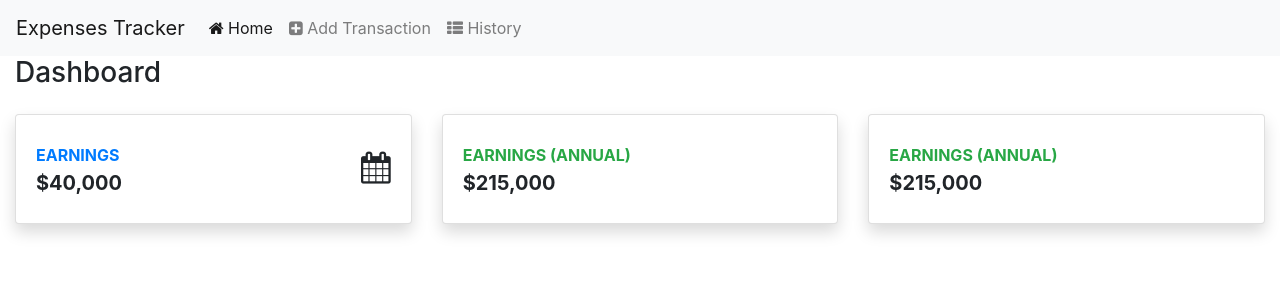
Repository: yucheng91/CI3-expenses-manager
Page: http://localhost/home
The author's editor kept a record of every edit. The page is drawn from the files as they stood at one moment, then again after the next edit.
The browser window is 1280 px wide. The pictures show the whole page.
The page is served by the project's application, run on Flask 3 (app.py). The database holds what the project's SQL file puts in it.

Above is the page before.

### templates/index.html
<!doctype html>
<html lang="en">

<head>
    <!-- Required meta tags -->
    <meta charset="utf-8">
    <meta name="viewport" content="width=device-width, initial-scale=1, shrink-to-fit=no">

    <!-- Bootstrap CSS -->
    <link rel="stylesheet" href="https://cdnjs.cloudflare.com/ajax/libs/font-awesome/4.7.0/css/font-awesome.css">
    <link rel="stylesheet" href="https://stackpath.bootstrapcdn.com/bootstrap/4.3.1/css/bootstrap.min.css" integrity="sha384-ggOyR0iXCbMQv3Xipma34MD+dH/1fQ784/j6cY/iJTQUOhcWr7x9JvoRxT2MZw1T" crossorigin="anonymous">
    <link rel="stylesheet" href="{{ url_for('static', filename='css/style.css') }}">

    <title>Hello, world!</title>
</head>

<body>
    <!--nav bar-->
    <nav class="navbar navbar-expand-sm navbar-light bg-light fixed-top">
  <a class="navbar-brand" href="#">Expenses Tracker</a>
  <button class="navbar-toggler" type="button" data-toggle="collapse" data-target="#navbarNav" aria-controls="navbarNav" aria-expanded="false" aria-label="Toggle navigation">
    <span class="navbar-toggler-icon"></span>
  </button>
  <div class="collapse navbar-collapse" id="navbarNav">
    <ul class="navbar-nav">
      <li class="nav-item active">
        <a class="nav-link" href="{{ url_for('home') }}"><i class="fa fa-home" aria-hidden="true"></i> Home</a>
      </li>
      <li class="nav-item">
        <a class="nav-link" href="{{ url_for('addtransaction') }}"><i class="fa fa-plus-square" aria-hidden="true"></i> Add Transaction</a>
      </li>
      <li class="nav-item">
        <a class="nav-link" href="{{ url_for('viewall') }}"><i class="fa fa-th-list" aria-hidden="true"></i> History</a>
      </li>
    </ul>
  </div>
    </nav>
    <!--end nav-->

<div id="content">
          <!-- Begin Page Content -->
        <div class="container-fluid">

          <!-- Page Heading -->
          <div class="d-sm-flex align-items-center justify-content-between mb-4">
            <h1 class="h3 mb-0 text-gray-800">Dashboard</h1>
          </div>

          <!-- Content Row -->
          <div class="row">

            <!-- Earnings (Monthly) Card Example -->
            <div class="col-xl-4 col-md-6 mb-4">
              <div class="card border-left-primary shadow h-100 py-2">
                <div class="card-body">
                  <div class="row no-gutters align-items-center">
                    <div class="col mr-2">
                      <div class="text-xs font-weight-bold text-primary text-uppercase mb-1">Earnings</div>
                      <div class="h5 mb-0 font-weight-bold text-gray-800">$40,000</div>
                    </div>
                    <div class="col-auto">
                      <i class="fa fa-calendar fa-2x text-gray-300"></i>
                    </div>
                  </div>
                </div>
              </div>
            </div>

            <!-- Earnings (Monthly) Card Example -->
            <div class="col-xl-4 col-md-6 mb-4">
              <div class="card border-left-success shadow h-100 py-2">
                <div class="card-body">
                  <div class="row no-gutters align-items-center">
                    <div class="col mr-2">
                      <div class="text-xs font-weight-bold text-success text-uppercase mb-1">Earnings (Annual)</div>
                      <div class="h5 mb-0 font-weight-bold text-gray-800">$215,000</div>
                    </div>
                    <div class="col-auto">
                      <i class="fa fa-dollar-sign fa-2x text-gray-300"></i>
                    </div>
                  </div>
                </div>
              </div>
            </div>

            <!-- Earnings (Monthly) Card Example -->
            <div class="col-xl-4 col-md-6 mb-4">
              <div class="card border-left-success shadow h-100 py-2">
                <div class="card-body">
                  <div class="row no-gutters align-items-center">
                    <div class="col mr-2">
                      <div class="text-xs font-weight-bold text-success text-uppercase mb-1">Earnings (Annual)</div>
                      <div class="h5 mb-0 font-weight-bold text-gray-800">$215,000</div>
                    </div>
                    <div class="col-auto">
                      <i class="fa fa-dollar-sign fa-2x text-gray-300"></i>
                    </div>
                  </div>
                </div>
              </div>
            </div>
        <!-- /.container-fluid -->
</div>

    <script src="https://code.jquery.com/jquery-3.3.1.slim.min.js" integrity="sha384-q8i/X+965DzO0rT7abK41JStQIAqVgRVzpbzo5smXKp4YfRvH+8abtTE1Pi6jizo" crossorigin="anonymous"></script>
    <script src="https://cdnjs.cloudflare.com/ajax/libs/popper.js/1.14.7/umd/popper.min.js" integrity="sha384-UO2eT0CpHqdSJQ6hJty5KVphtPhzWj9WO1clHTMGa3JDZwrnQq4sF86dIHNDz0W1" crossorigin="anonymous"></script>
    <script src="https://stackpath.bootstrapcdn.com/bootstrap/4.3.1/js/bootstrap.min.js" integrity="sha384-JjSmVgyd0p3pXB1rRibZUAYoIIy6OrQ6VrjIEaFf/nJGzIxFDsf4x0xIM+B07jRM" crossorigin="anonymous"></script>
</body>

</html>

### app.py
from flask import Flask, render_template, request, redirect, url_for
import os
import pymysql

connection = pymysql.connect(
    host='localhost', # IP address of the database; localhost means "the local machine"
    user="yucheng91",  #the mysql user
    password="coconuty", #the password for the user
    database="expenses" #the name of database we want to use
)

#if PHP doesn't show, perform $ sudo apt-get install --reinstall libapache2-mod-php7.2

app = Flask(__name__)

@app.route('/home')
def home():
    cursor = connection.cursor(pymysql.cursors.DictCursor)
    sql = "SELECT SUM(debit) AS totaldebit FROM transaction"
    cursor.execute(sql)
    totaldebit = cursor.fetchone()

    sql = "SELECT SUM(credit) AS totalcredit FROM transaction"
    cursor.execute(sql)
    totalcredit = cursor.fetchone()

    sql = "SELECT (SELECT SUM(debit) AS sumdebit FROM transaction) - (SELECT SUM(credit) AS sumcredit FROM transaction) AS balance FROM transaction"
    cursor.execute(sql)
    balance = cursor.fetchone()
    return render_template('index.html',totaldebit = totaldebit, totalcredit = totalcredit,balance=balance)

@app.route('/view-all')
def viewall():
    cursor = connection.cursor(pymysql.cursors.DictCursor)
    sql = "SELECT * FROM transaction JOIN categories ON transaction.categoriesid = categories.id JOIN mode ON transaction.modeid = mode.id JOIN account on transaction.accountid = account.id"
    cursor.execute(sql)
    results = []
    for r in cursor:
         results.append(r)

    sql = "SELECT SUM(debit) AS totaldebit FROM transaction"
    cursor.execute(sql)
    totaldebit = cursor.fetchone()

    sql = "SELECT SUM(credit) AS totalcredit FROM transaction"
    cursor.execute(sql)
    totalcredit = cursor.fetchone()

    sql = "SELECT (SELECT SUM(debit) AS sumdebit FROM transaction) - (SELECT SUM(credit) AS sumcredit FROM transaction) AS balance FROM transaction"
    cursor.execute(sql)
    balance = cursor.fetchone()

    return render_template('transaction_overview.html', data=results,totaldebit = totaldebit, totalcredit = totalcredit,balance=balance)

@app.route('/new-transaction/', methods=["GET"])
def addtransaction():

    cursor = connection.cursor(pymysql.cursors.DictCursor)
    sql = "SELECT * FROM mode"
    # fetch all genres and store it in a list
    cursor.execute(sql)
    mode = []
    for r in cursor:
        mode.append({
            'id' : r['id'],
            'name': r['mname']
        })

    # fetch all media type and store it in a list
    sql = "SELECT * FROM categories"
    cursor.execute(sql)
    categories = []
    for r in cursor:
        categories.append({
            'id':r['id'],
            'name': r['cname']
        })

    # fetch all media type and store it in a list
    sql = "SELECT * FROM account"
    cursor.execute(sql)
    account = []
    for r in cursor:
        account.append({
            'id':r['id'],
            'name': r['aname']
        })

    sql = "SELECT * FROM tag"
    cursor.execute(sql)
    tag = []
    for r in cursor:
        tag.append({
            'id':r['id'],
            'name': r['tname']
        })

    return render_template('new_transaction.html', mode=mode, categories=categories, account=account, tag=tag)

@app.route('/new-transaction/', methods=["POST"])
def process_addtransaction():
    transaction_name = request.form.get("transaction")
    category_name = request.form.get("category")
    mode_name = request.form.get("mode")
    by_name = request.form.get("by")
    debit_name = request.form.get("debit")
    if request.form.get("debit") == "":
        debit_name = "0"

    credit_name = request.form.get("credit")
    if request.form.get("credit") == "":
        credit_name = "0"

    cursor = connection.cursor(pymysql.cursors.DictCursor)

    sql = "INSERT INTO transaction (description,categoriesid,modeid,accountid,debit,credit) VALUE (%s,%s,%s,%s,%s,%s)"
    cursor.execute(sql,[transaction_name,category_name,mode_name,by_name,debit_name,credit_name])

    transactionid = cursor.lastrowid
    tagid = request.form.getlist("tag")
    for t in tagid:
        sql = "INSERT INTO transactiontag (transactionid,tagid) VALUE (%s,%s)"
        cursor.execute(sql,[transactionid,t])

    connection.commit()
    return redirect(url_for('viewall'))

# Edit transaction
@app.route('/view-all/edit/<id>')
def edit_transaction(id):

    cursor = connection.cursor(pymysql.cursors.DictCursor)
    sql = "SELECT * FROM transaction JOIN transactiontag ON transaction.id = transactiontag.transactionid JOIN tag ON transactiontag.tagid = tag.id WHERE transaction.id = {}".format(id)
    cursor.execute(sql)
    transaction = cursor.fetchone()

    sql = "DELETE FROM transactiontag WHERE transactiontag.transactionid = {}".format(id)
    cursor.execute(sql)

    sql = "SELECT * FROM mode"
    cursor.execute(sql)
    mode = []
    for r in cursor:
        mode.append({
            'id' : r['id'],
            'name': r['mname']
        })

    sql = "SELECT * FROM categories"
    cursor.execute(sql)
    categories = []
    for r in cursor:
        categories.append({
            'id':r['id'],
            'name': r['cname']
        })

    sql = "SELECT * FROM account"
    cursor.execute(sql)
    account = []
    for r in cursor:
        account.append({
            'id':r['id'],
            'name': r['aname']
        })

    sql = "SELECT * FROM tag"
    cursor.execute(sql)
    tag = []
    for r in cursor:
        tag.append({
            'id':r['id'],
            'name': r['tname']
        })

    return render_template('edit_transaction.html', transaction = transaction, mode=mode, categories=categories, account=account, tag=tag)

@app.route('/view-all/edit/<id>', methods=['POST'])
def update_transaction(id):
    transaction_name = request.form.get("transaction")
    category_name = request.form.get("category")
    mode_name = request.form.get("mode")
    by_name = request.form.get("by")
    debit_name = request.form.get("debit")
    if request.form.get("debit") == "":
        debit_name = "0"

    credit_name = request.form.get("credit")
    if request.form.get("credit") == "":
        credit_name = "0"

    cursor = connection.cursor(pymysql.cursors.DictCursor)

    cursor.execute("UPDATE transaction SET description = '{}',categoriesid = '{}',modeid = '{}',accountid = '{}',debit = '{}',credit = '{}' WHERE id = {}".format(transaction_name,category_name,mode_name,by_name,debit_name,credit_name,id))

    tagid = request.form.getlist("tag")
    for t in tagid:
        sql = "INSERT INTO transactiontag (transactionid,tagid) VALUE (%s,%s)"
        cursor.execute(sql,[id,t])

    connection.commit()
    return redirect(url_for('viewall'))

@app.route('/view-all/delete/<id>')
def confirm_delete_transaction(id):
    cursor = connection.cursor(pymysql.cursors.DictCursor)
    sql = "SELECT * FROM transaction JOIN categories ON transaction.categoriesid = categories.id JOIN mode ON transaction.modeid = mode.id JOIN account on transaction.accountid = account.id WHERE transaction.id = {}".format(id)
    cursor.execute(sql)
    transaction = cursor.fetchone()

    return render_template('delete_transaction.html', transaction = transaction)

@app.route('/view-all/delete/<id>', methods=['POST'])
def delete_transaction(id):
    cursor = connection.cursor(pymysql.cursors.DictCursor)
    sql = "DELETE FROM transactiontag WHERE transactiontag.transactionid = {}".format(id)
    cursor.execute(sql)

    sql = "DELETE FROM transaction WHERE transaction.id = {}".format(id)
    cursor.execute(sql)

    connection.commit()
    return redirect(url_for('viewall'))

# "magic code" -- boilerplate
if __name__ == '__main__':
    app.run(host=os.environ.get('IP'),
            port=int(os.environ.get('PORT')),
            debug=True)

### static/css/style.css
img {
    width:75%;
    margin-left:auto;
    margin-right:auto;
}

#content {
    padding-top:56px;
}

.btn {
    margin:3px;
}

@media (max-width: 255px){
body {
    font-size:90%;
}
}

@media (max-width: 255px){

#content{
padding-top:96px;
}

body {
    font-size:80%;
}
}

### database.sql (the tables this page reads)
CREATE TABLE `transaction` (
  `id` int(11) NOT NULL AUTO_INCREMENT,
  `description` text CHARACTER SET utf8 NOT NULL,
  `debit` decimal(11,2) DEFAULT '0.00',
  `credit` decimal(11,2) DEFAULT '0.00',
  `createdAt` timestamp NOT NULL DEFAULT CURRENT_TIMESTAMP ON UPDATE CURRENT_TIMESTAMP,
  `accountid` int(11) NOT NULL,
  `categoriesid` int(11) NOT NULL,
  `modeid` int(11) NOT NULL,
  PRIMARY KEY (`id`),
  KEY `accountid` (`accountid`),
  KEY `categoriesid` (`categoriesid`),
  KEY `modeid` (`modeid`),
  CONSTRAINT `transaction_ibfk_1` FOREIGN KEY (`accountid`) REFERENCES `account` (`id`),
  CONSTRAINT `transaction_ibfk_2` FOREIGN KEY (`categoriesid`) REFERENCES `categories` (`id`),
  CONSTRAINT `transaction_ibfk_3` FOREIGN KEY (`modeid`) REFERENCES `mode` (`id`)
) ENGINE=InnoDB AUTO_INCREMENT=19 DEFAULT CHARSET=latin1;

INSERT INTO `transaction` VALUES (1,'Code Institute : Income of the month July 2019',3500.00,0.00,'2019-08-22 07:41:18',1,9,1),(2,'SIM HQ Income of the Month : July 2019',3500.00,0.00,'2019-08-05 04:13:11',2,9,5),(3,'Taxi Taxi',0.00,40.00,'2019-08-23 05:56:58',1,4,3),(13,'Lunch Money for Brother\'s Dew school',0.00,40.00,'2019-08-20 08:15:28',1,3,1),(14,'RWS Day trip',0.00,154.00,'2019-08-20 08:17:02',2,7,3),(15,'New backpack',0.00,0.00,'2019-08-26 07:39:22',1,1,1),(16,'Test tag 1',0.00,10.00,'2019-08-27 06:24:42',1,1,1),(17,'test tag 2',0.00,20.00,'2019-08-27 06:24:58',1,1,1),(18,'test 1 + 2 ',0.00,0.00,'2019-08-27 06:55:37',2,7,3);

After the next edit:
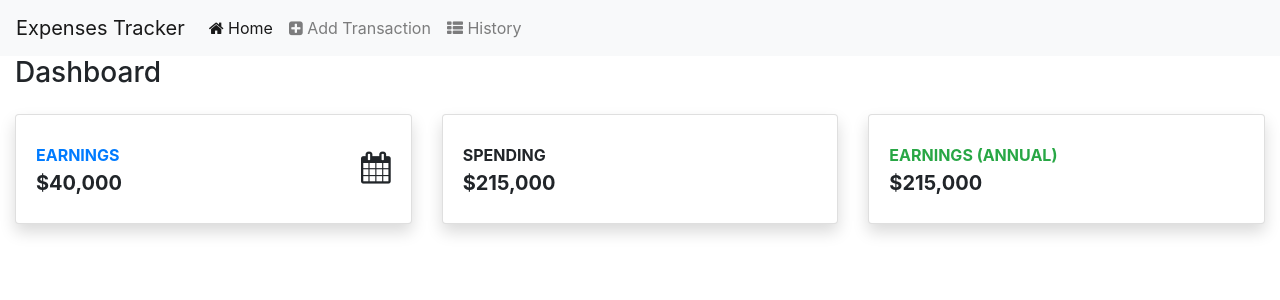
The edit:
--- a/templates/index.html
+++ b/templates/index.html
@@ -72,7 +72,7 @@
                 <div class="card-body">
                   <div class="row no-gutters align-items-center">
                     <div class="col mr-2">
-                      <div class="text-xs font-weight-bold text-success text-uppercase mb-1">Earnings (Annual)</div>
+                      <div class="text-xs font-weight-bold text-warnings text-uppercase mb-1">Spending</div>
                       <div class="h5 mb-0 font-weight-bold text-gray-800">$215,000</div>
                     </div>
                     <div class="col-auto">
